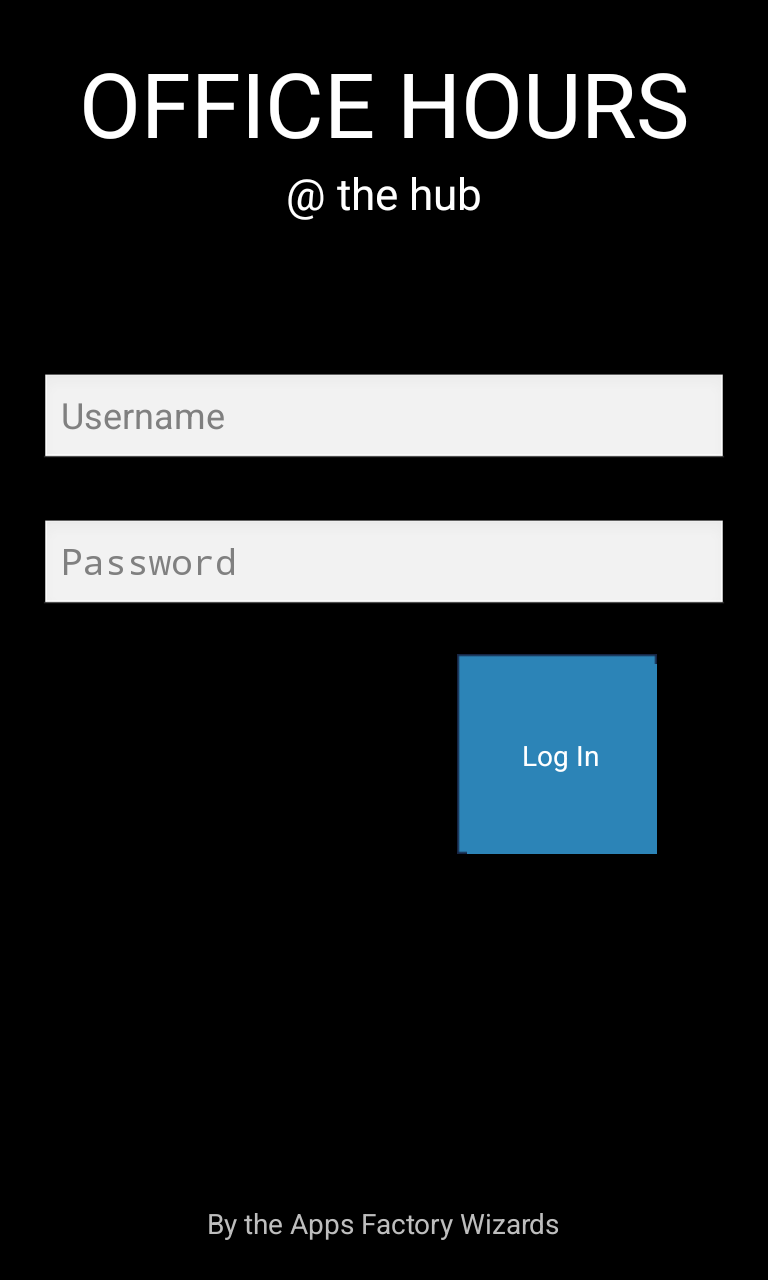
Repository: appsfactory/OfficeHours
Layout: OfficeHoursClient/res/layout/activity_log__in.xml
These files come from the project's save history. The layout is drawn as it stood at one moment and after the next save; the edit follows.
It is drawn on a 768 x 1280 px phone screen (xhdpi) without system bars, with theme AppTheme; the app's code is not run.

Above is the layout before, as saved 2012-10-05 18:04:47.

### OfficeHoursClient/res/layout/activity_log__in.xml
<RelativeLayout xmlns:android="http://schemas.android.com/apk/res/android"
    xmlns:tools="http://schemas.android.com/tools"
    android:layout_width="match_parent"
    android:layout_height="match_parent" >

    <TextView
        android:id="@+id/login_title"
        android:layout_width="wrap_content"
        android:layout_height="wrap_content"
        android:layout_alignParentTop="true"
        android:layout_centerHorizontal="true"
        android:layout_marginTop="21dp"
        android:text="@string/login_title"
        android:textAppearance="?android:attr/textAppearanceLarge"
        android:textSize="45sp" />

    <TextView
        android:id="@+id/login_subtitle"
        android:layout_width="wrap_content"
        android:layout_height="wrap_content"
        android:layout_below="@+id/login_title"
        android:layout_centerHorizontal="true"
        android:text="@string/login_subtitle"
        android:textAppearance="?android:attr/textAppearanceLarge" />

    <LinearLayout
        xmlns:android="http://schemas.android.com/apk/res/android"
        android:id="@+id/linearLayout1"
        android:layout_width="match_parent"
        android:layout_height="wrap_content"
        android:layout_below="@+id/login_subtitle"
        android:orientation="vertical"
        android:paddingLeft="20sp"
        android:paddingRight="20sp"
        android:paddingTop="70sp" >

        <EditText
            android:id="@+id/login_username"
            android:layout_width="fill_parent"
            android:layout_height="wrap_content"
            android:layout_marginBottom="20sp"
            android:layout_marginTop="5sp"
            android:hint="Username"
            android:singleLine="true" />

        <EditText
            android:id="@+id/login_pw"
            android:layout_width="fill_parent"
            android:layout_height="wrap_content"
            android:layout_marginBottom="20sp"
            android:layout_marginTop="5sp"
            android:hint="Password"
            android:inputType="textPassword"
            android:singleLine="true"
            android:imeOptions="actionGo" />
    </LinearLayout>

    <TextView
        android:id="@+id/login_footer_text"
        android:layout_width="wrap_content"
        android:layout_height="wrap_content"
        android:layout_alignParentBottom="true"
        android:layout_centerHorizontal="true"
        android:layout_marginBottom="19dp"
        android:text="@string/login_footer" />

    <Button
        android:id="@+id/button1"
        android:layout_width="wrap_content"
        android:layout_height="wrap_content"
        android:layout_alignRight="@+id/login_title"
        android:layout_below="@+id/linearLayout1"
        android:layout_marginRight="16dp"
        android:text="Log In"
        android:onClick="logIn"
        android:background="@drawable/button_blue"
        android:textColor="#FFFFFF" />

</RelativeLayout>

### OfficeHoursClient/res/values/styles.xml
<resources xmlns:android="http://schemas.android.com/apk/res/android">

    <style name="AppTheme" parent="android:Theme.Black.NoTitleBar" />
</resources>

### OfficeHoursClient/res/values/strings.xml
<resources>

    <string name="app_name">Office Hours @ the Hub</string>
    <string name="hello_world">Hello world!</string>
    <string name="menu_settings">Settings</string>
    <string name="title_activity_sign__in">Sign_In</string>
    <string name="schedule_button">My Schedule</string>
    <string name="title_activity_log__in">Log_In</string>
    <string name="login_title">OFFICE HOURS</string>
    <string name="login_subtitle"> \@ the hub</string>
    <string name="login_footer">By the Apps Factory Wizards</string>
    <string name="title_activity_sign_in_checker">SignInChecker</string>
    <string name="title_activity_schedule_view">ScheduleView</string>

</resources>

### OfficeHoursClient/res/drawable/button_blue.xml
<?xml version="1.0" encoding="UTF-8"?>
<selector
  xmlns:android="http://schemas.android.com/apk/res/android">
    <item android:state_enabled="false"
     android:drawable="@drawable/button_blue_disabled" />
    <item android:state_enabled="true"
     android:state_pressed="true" android:drawable="@drawable/button_blue_pressed" />
    <item android:state_enabled="true"
     android:state_focused="true" android:drawable="@drawable/button_blue_selected" />
    <item android:state_enabled="true"
     android:drawable="@drawable/button_blue_normal" />
</selector>

After the next save:
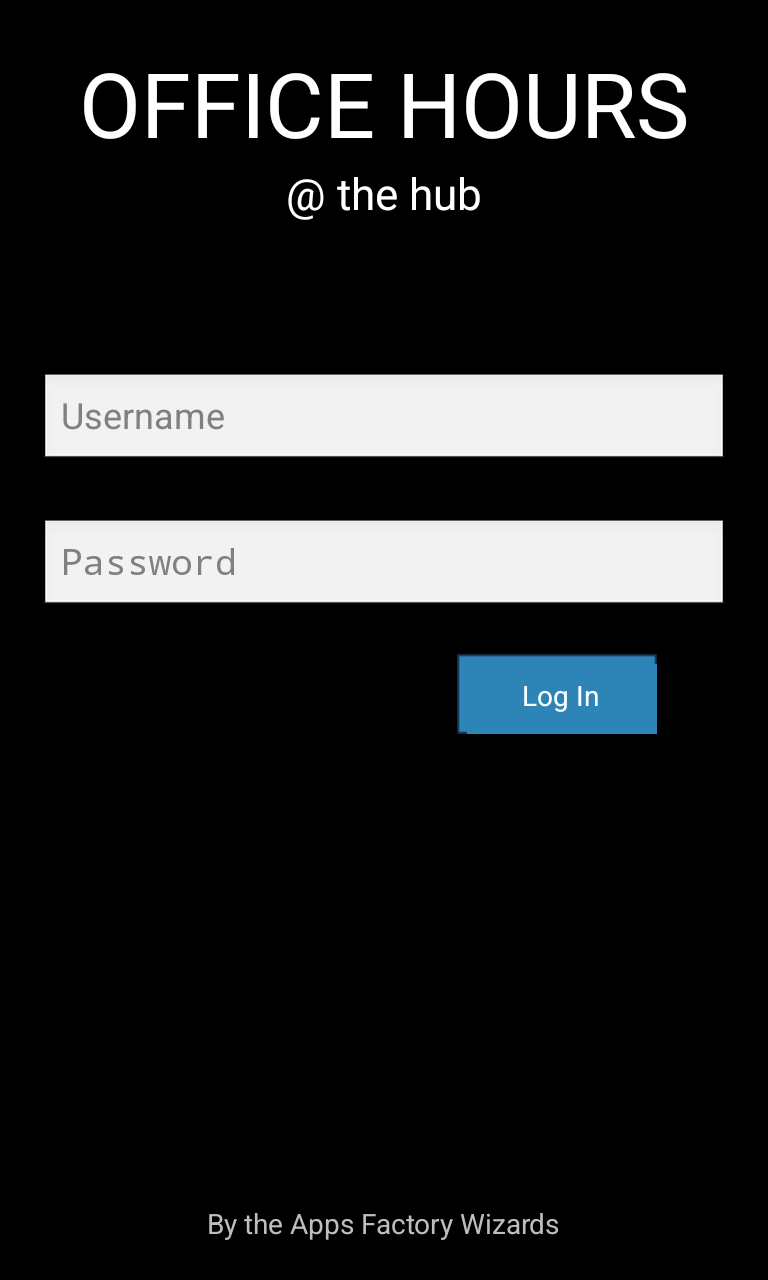
Saved 5 s later.
--- a/OfficeHoursClient/res/layout/activity_log__in.xml
+++ b/OfficeHoursClient/res/layout/activity_log__in.xml
@@ -67,7 +67,7 @@
     <Button
         android:id="@+id/button1"
         android:layout_width="wrap_content"
-        android:layout_height="wrap_content"
+        android:layout_height="40dp"
         android:layout_alignRight="@+id/login_title"
         android:layout_below="@+id/linearLayout1"
         android:layout_marginRight="16dp"
